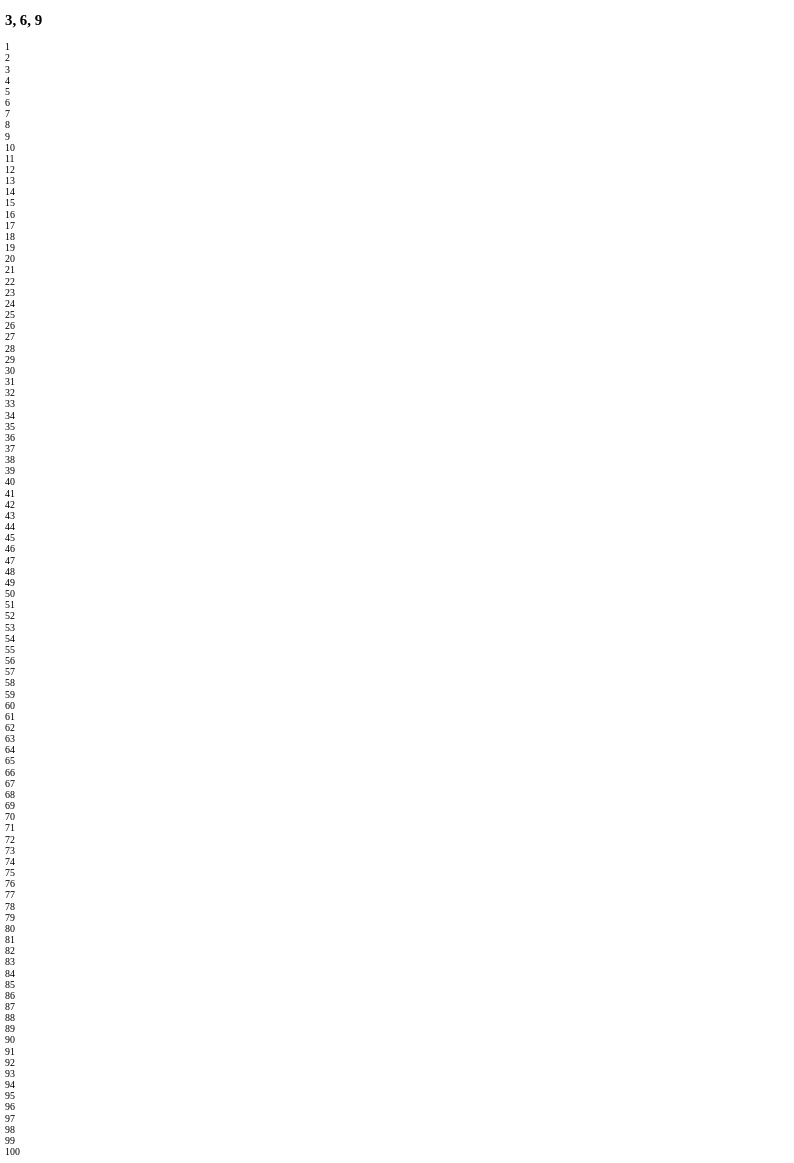
Repository: pshho/newJspProject
Page: http://localhost/JspProj/threesixnine/threesixnine.jsp
An editor plug-in stored every save of this project. The page is shown before and after the next save, followed by the edit.
The browser window is 1280 px wide. The pictures show the whole page, at 62% of full size.
The page is served by Tomcat 9.

Above is the page before, as saved 2023-07-26 03:48:58.

After the next save:
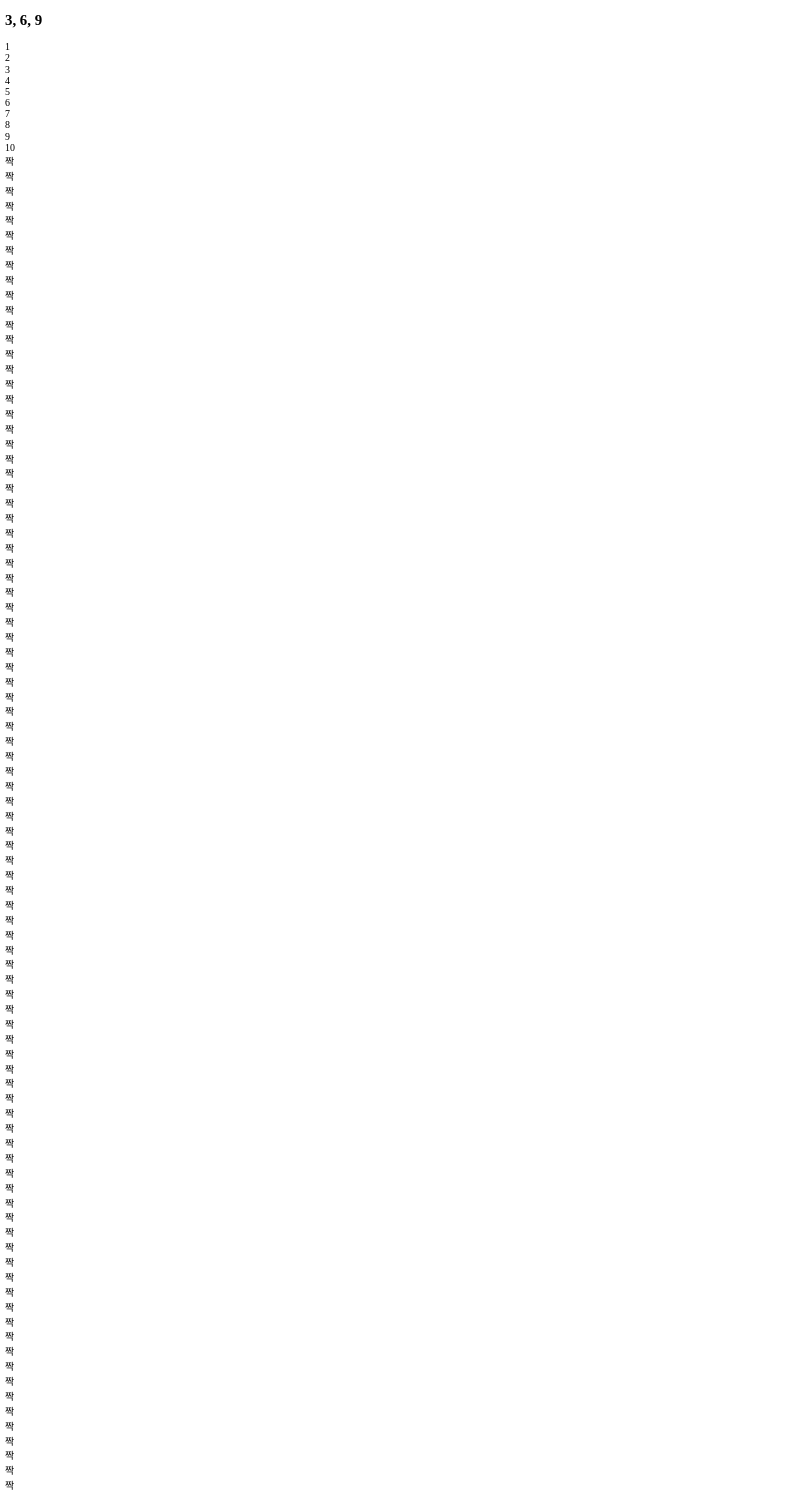
Saved 15 s later.
--- a/JspProj/src/main/webapp/threesixnine/threesixnine.jsp
+++ b/JspProj/src/main/webapp/threesixnine/threesixnine.jsp
@@ -13,7 +13,7 @@
 	%>
 	<%
 		for(int i=0; i<100; i++){
-			if(((i+1)-(i*10))%3==0 && i >= 10){
+			if(((i+1)-((i+1)*10))%3==0 && i >= 10){
 				out.print(" 짝 " + "<br/>");
 			}
 			else {

After the save that followed:
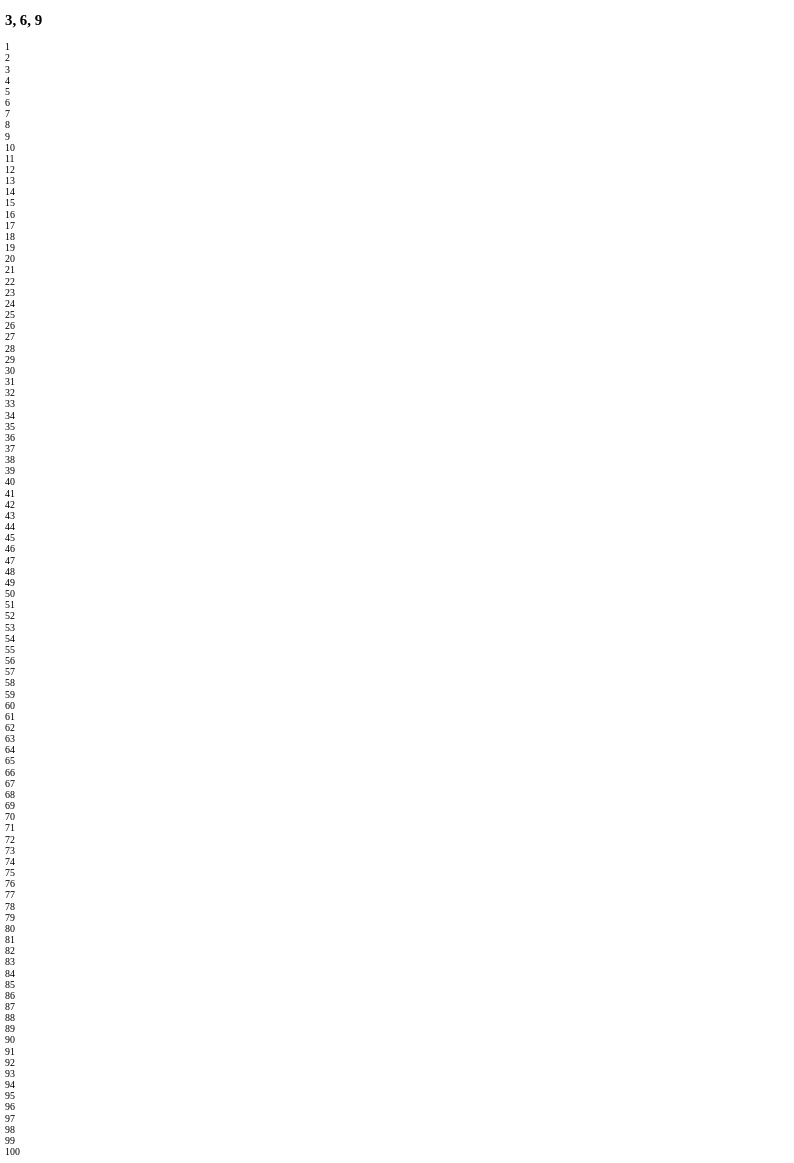
Saved 7 s later.
--- a/JspProj/src/main/webapp/threesixnine/threesixnine.jsp
+++ b/JspProj/src/main/webapp/threesixnine/threesixnine.jsp
@@ -13,7 +13,7 @@
 	%>
 	<%
 		for(int i=0; i<100; i++){
-			if(((i+1)-((i+1)*10))%3==0 && i >= 10){
+			if(((i+1)-(i*10))%3==0 && i >= 10){
 				out.print(" 짝 " + "<br/>");
 			}
 			else {
